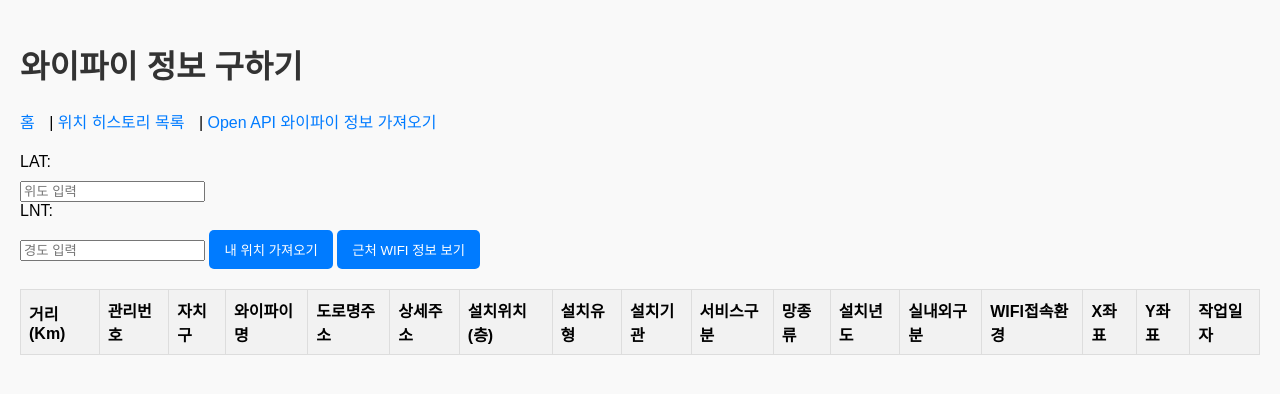
Repository: sangpyolee0/zerobase_task
Page: http://localhost/WifiProject/
The author's editor kept a copy of each file at every save. The page is drawn from the files as they stood at one save, then again after the next save.
The browser window is 1280 px wide. The pictures show the whole page.
The page is served by Tomcat 9. Other server files are loaded and not shown.

Above is the page before, as saved 2024-12-08 18:01:59.

### WifiProject/src/main/webapp/index.jsp
<%@ page language="java" contentType="text/html; charset=UTF-8" pageEncoding="UTF-8"%>
<!DOCTYPE html>
<html>
<head>
    <link rel="stylesheet" type="text/css" href="css/style.css">
    <title>와이파이 정보 구하기</title>
</head>
<body>
    <div class="container">
        <h1>와이파이 정보 구하기</h1>
        <nav>
            <a href="index.jsp">홈</a>
            <span>|</span>
            <a href="history.jsp">위치 히스토리 목록</a>
            <span>|</span>
            <a href="add-wifi.jsp">Open API 와이파이 정보 가져오기</a>
        </nav>
        <form>
            <label for="lat">LAT:</label>
            <input type="text" id="lat" name="lat" placeholder="위도 입력">
            <label for="lnt">LNT:</label>
            <input type="text" id="lnt" name="lnt" placeholder="경도 입력">
            <button type="button" onclick="fetchLocation()">내 위치 가져오기</button>
            <button type="button" onclick="fetchWifiData()">근처 WIFI 정보 보기</button>
        </form>
        <table>
            <thead>
                <tr>
                    <th>거리(Km)</th>
                    <th>관리번호</th>
                    <th>자치구</th>
                    <th>와이파이명</th>
                    <th>도로명주소</th>
                    <th>상세주소</th>
                    <th>설치위치(층)</th>
                    <th>설치유형</th>
                    <th>설치기관</th>
                    <th>서비스구분</th>
                    <th>망종류</th>
                    <th>설치년도</th>
                    <th>실내외구분</th>
                    <th>WIFI접속환경</th>
                    <th>X좌표</th>
                    <th>Y좌표</th>
                    <th>작업일자</th>
                </tr>
            </thead>
            <tbody id="wifiTable">
                <!-- 데이터가 렌더링됩니다. -->
            </tbody>
        </table>
    </div>
</body>
<script>
    function fetchLocation() {
        // 내 위치 가져오기 로직
    }

    function fetchWifiData() {
        // AJAX 요청으로 근처 WIFI 데이터 가져오기
    }
</script>
</html>

### WifiProject/src/main/webapp/css/style.css
/* style.css */
body {
    font-family: Arial, sans-serif;
    margin: 0;
    padding: 20px;
    background-color: #f9f9f9;
}

h1, h3 {
    color: #333;
}

nav {
    margin-bottom: 20px;
}

nav a {
    text-decoration: none;
    color: #007BFF;
    margin-right: 10px;
}

nav a:hover {
    text-decoration: underline;
}

form label {
    display: block;
    margin-bottom: 10px;
}

button {
    background-color: #007BFF;
    color: white;
    border: none;
    padding: 10px 15px;
    cursor: pointer;
    border-radius: 5px;
}

button:hover {
    background-color: #0056b3;
}

table {
    width: 100%;
    border-collapse: collapse;
    margin-top: 20px;
}

table th, table td {
    border: 1px solid #ddd;
    padding: 8px;
    text-align: left;
}

table th {
    background-color: #f2f2f2;
}

After the next save:
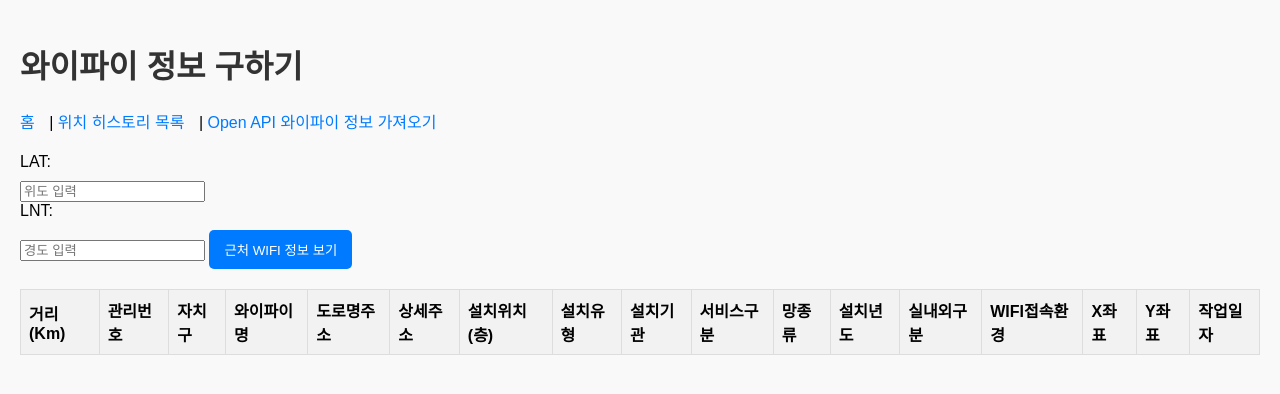
Saved 2 min 12 s later.
--- a/WifiProject/src/main/webapp/index.jsp
+++ b/WifiProject/src/main/webapp/index.jsp
@@ -9,19 +9,16 @@
     <div class="container">
         <h1>와이파이 정보 구하기</h1>
         <nav>
-            <a href="index.jsp">홈</a>
-            <span>|</span>
-            <a href="history.jsp">위치 히스토리 목록</a>
-            <span>|</span>
+            <a href="index.jsp">홈</a> |
+            <a href="history.jsp">위치 히스토리 목록</a> |
             <a href="add-wifi.jsp">Open API 와이파이 정보 가져오기</a>
         </nav>
-        <form>
+        <form action="nearby-wifi.jsp" method="get">
             <label for="lat">LAT:</label>
             <input type="text" id="lat" name="lat" placeholder="위도 입력">
             <label for="lnt">LNT:</label>
             <input type="text" id="lnt" name="lnt" placeholder="경도 입력">
-            <button type="button" onclick="fetchLocation()">내 위치 가져오기</button>
-            <button type="button" onclick="fetchWifiData()">근처 WIFI 정보 보기</button>
+            <button type="submit">근처 WIFI 정보 보기</button>
         </form>
         <table>
             <thead>
@@ -51,13 +48,4 @@
         </table>
     </div>
 </body>
-<script>
-    function fetchLocation() {
-        // 내 위치 가져오기 로직
-    }
-
-    function fetchWifiData() {
-        // AJAX 요청으로 근처 WIFI 데이터 가져오기
-    }
-</script>
 </html>
